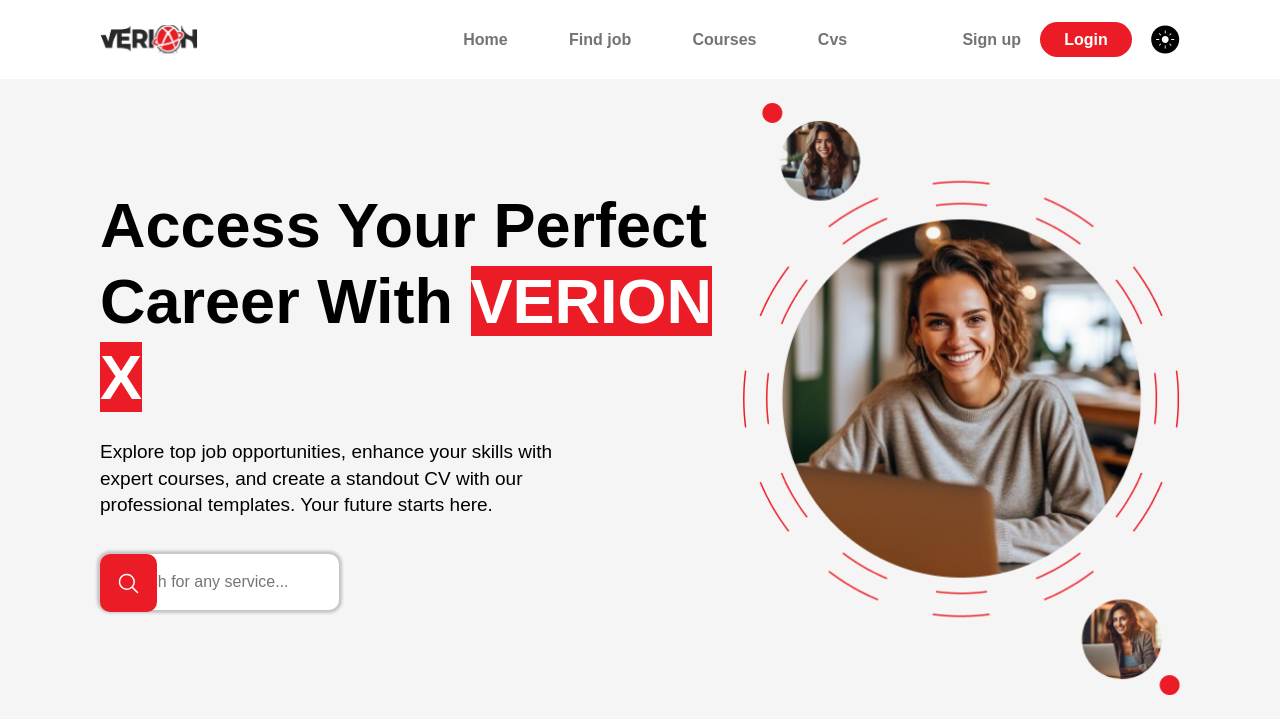
Repository: SahMenz/verionX
Page: /
These files come from the project's save history. The page is drawn as it stood at one moment and after the next save; the edit follows.
The browser window is 1280 px wide. The pictures show the whole page.
The project was rebuilt for these pictures with package versions that can differ from the ones it lists, and the page was loaded fresh each time. Also part of the build but not shown: vite.config.js.

Above is the page before, as saved 2024-06-14 15:24:07.

### src/App.jsx
import './App.css'
import Home from './components/home/home'
import 'bootstrap/dist/css/bootstrap.min.css';

function App() {

  return (
    <>
      <div>
          <Home />
      </div>
    </>
  )
}

export default App

### src/index.css
button{
    outline: none;
    border: none;
  }

  input{
    border: none;
    outline: none;
}

### src/App.css
*, *::before, *::after{
  padding: 0px;
  margin: 0px;
  box-sizing: border-box;
  font-family: "Rubik", sans-serif;
}
/* #root {
  max-width: 1280px;
  margin: 0 auto;
  padding: 2rem;
  text-align: center;
} */


/* BACKGROUND COLORS */

.bg-f5{
  background-color: #F5F5F5;
}
.bg-eb{
  background-color: #EB1C25;
}
.bg-ff{
  background-color: #fff;
}
.bg-d9{
  background-color: #D9D9D9;
  opacity: 20%;
}
.bg-00{
  background-color: #000;
}


/* FONT SIZES */

.txt-11{
  font-size: 11px;
}
.txt-13{
  font-size: 13px;
}
.txt-16{
  font-size: 16px;
}
.txt-19{
  font-size: 19px;
}
.txt-23{
  font-size: 23px;
}
.txt-45{
  font-size: 45px;
}
.txt-63{
  font-size: 63px;
}


/* TEXT COLOR */

.txt-eb{
  color:#EB1C25
}
.txt-f3{
  color: #737373
}
.txt-ff{
  color:#fff
}
.txt-00{
  color: #000;
}


/* FONT WEIGHT */

.fw-400{
  font-weight: 400;
}
.fw-500{
  font-weight: 500;
}
.fw-600{
  font-weight: 600;
}


/* LINE HEIGHT */

.lh-19{
  line-height: 19.2px;
}
.lh-75{
  line-height: 75.6px;
}
.lh-26{
  line-height: 26.38px;
}
.lh-22{
  line-height: 22.8px;
}
.lh-27{
  line-height: 27.6px;
}
.lh-15{
  line-height: 15.89px;
}
.lh-13{
  line-height: 13.2px;
}
.lh-54{
  line-height: 54px;
}
.lh-34{
  line-height: 34.5px;
}
.lh-67{
  line-height: 67.5px;
}
.lh-32{
  line-height: 32.2px;
}
.lh-18{
  line-height: 18.96px;
}

### src/components/home/home.jsx
import Navigation from "../navigation/navigation"
import Hero from "./hero/hero"

function Home() {
  return (
    <div >
        <Navigation />
        <Hero />
    </div>
  )
}

export default Home

### src/components/navigation/navigation.jsx
import logo from '../../assets/images/logo.svg'
import CustomSvg from '../customSvg/customSvg'
import './navigation.css'


function Navigation() {

  return (
    <div className="d-flex justify-content-between navContainer">
        <img src={logo} alt="" />
        <div className='d-none d-lg-flex navigationLink justify-content-between align-items-center'>
          <div className='d-flex justify-content-between align-items-center links'>
            <a href="#" className='small-txt lh-19 fw-600 text-decoration-none txt-f3'>Home</a>
            <a href="#" className='small-txt lh-19 fw-600 text-decoration-none txt-f3'>Find job</a>
            <a href="#" className='small-txt lh-19 fw-600 text-decoration-none txt-f3'>Courses</a>
            <a href="#" className='small-txt lh-19 fw-600 text-decoration-none txt-f3'>Cvs</a>
          </div>
          <div className='d-flex justify-content-between align-items-center switchmode'>
            <a href="#" className='small-txt lh-19 fw-600 text-decoration-none txt-f3'>Sign up</a>
            <a href="#" className='small-txt lh-19 fw-600 text-decoration-none txt-ff bg-eb px-4 py-2 rounded-5'>Login</a>
            <CustomSvg name="switchModes" className="cursor-pointer"/>
          </div>
        </div>
        <div className=' d-lg-none cursor-pointer' style={{width: "40px", height: "40px", display: 'flex', flexDirection: 'column', alignItems: "center", justifyContent: "center", gap: "5px"}}>
          <div style={{width : "30px", height:"3px", backgroundColor : 'black' }}></div>
          <div style={{width : "30px", height:"3px", backgroundColor : 'black' }}></div>
          <div style={{width : "30px", height:"3px", backgroundColor : 'black' }}></div>
        </div>
    </div>
  )
}

export default Navigation

### src/components/home/hero/hero.jsx
import accesYourPerfectImage from '../../../assets/images/accesYourPerfectImage.png';
import CustomSvg from '../../customSvg/customSvg';

function Hero() {
  return (
    <div className='d-flex align-items-center justify-content-between py-4 bg-f5' style={{padding: "0px 100px",}}>
        <div style={{width: "50vw", maxWidth:"800px"}}>
            <div className='txt-63 lh-75 txt-ff fw-600 txt-00' style={{width: "50vw", maxWidth:"733px"}}>Access Your Perfect Career With <span className='bg-eb fw-600 txt-ff'>VERION X</span></div>
            <div className='txt-00 lh-26 txt-19' style={{width:"39vw", maxWidth:"630px", padding:" 24px 0px 36px 0px"}}>
                Explore top job opportunities, enhance your skills with expert courses, and create a standout CV with our professional templates. Your future starts here.
            </div>
            <div className="search-container d-flex">
                <input type="text" placeholder="Search for any service..."  style={{position:'relative',borderRadius:"10px", boxShadow: "0px 0px 3px 3px rgba(0, 0, 0, 0.2)"}} className='p-3'/>
                <button className="bg-eb p-3" style={{position:'absolute', borderRadius:"10px", border:"none", }}><CustomSvg name="search"/></button>
            </div>
            <div></div>
        </div>
        <img src={accesYourPerfectImage} style={{width: "35vw", maxWidth:"437px"}} alt="three images" />
    </div>
  )
}

export default Hero

### src/components/navigation/navigation.css
.navContainer{
    padding: 22px 100px;
    box-shadow: 0px 10px 10px 10px rgba(0, 0, 0, 0.2);
}

.navigationLink{
    width: 56vw;
    min-width: 600px;
    max-width: 888px;
}
.links{
    width: 30vw;
    min-width: 300px;
    max-width: 482px;
}
.switchmode{
    width: 17vw;
    min-width: 200px;
    max-width: 254px;
}
@media screen and (min-width:325px) and (max-width:988px) {
    .navContainer{
        padding: 18px 60px;
    }
}

Loaded but not shown: src/main.jsx (common file); src/components/customSvg/customSvg.jsx (186 lines, source omitted)

After the next save:
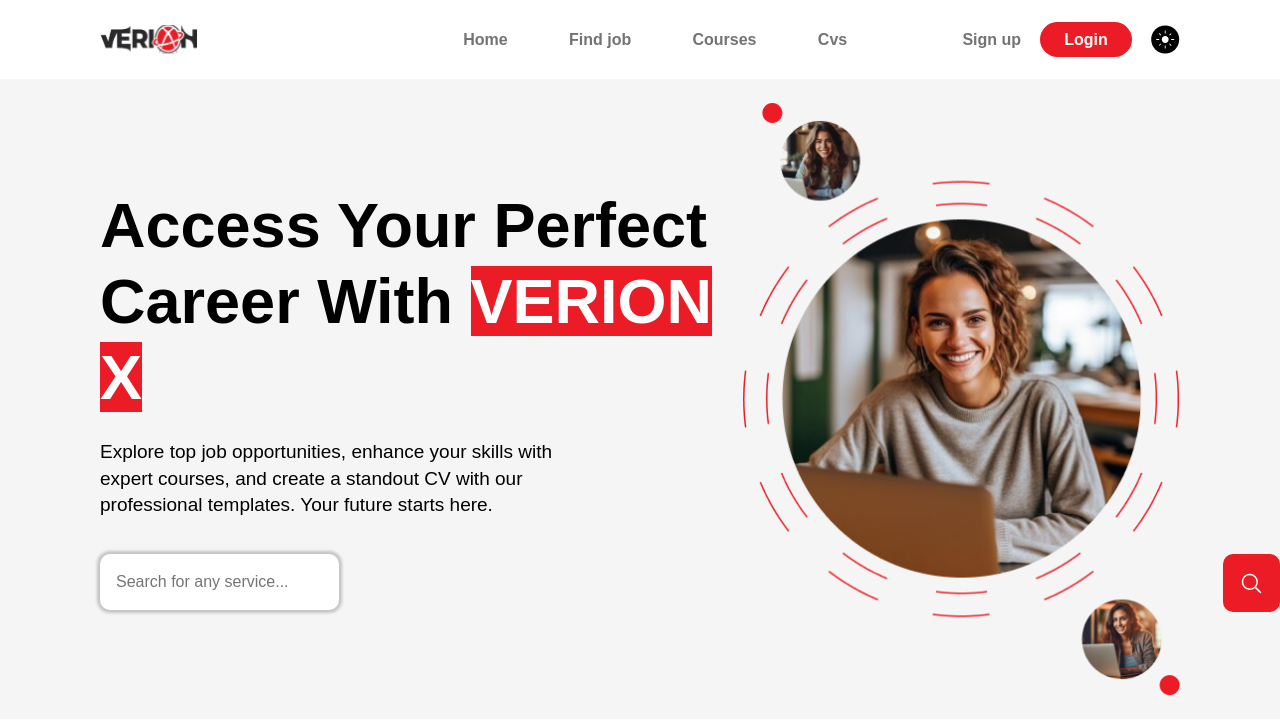
Saved 20 s later.
--- a/src/components/home/hero/hero.jsx
+++ b/src/components/home/hero/hero.jsx
@@ -11,7 +11,7 @@ function Hero() {
             </div>
             <div className="search-container d-flex">
                 <input type="text" placeholder="Search for any service..."  style={{position:'relative',borderRadius:"10px", boxShadow: "0px 0px 3px 3px rgba(0, 0, 0, 0.2)"}} className='p-3'/>
-                <button className="bg-eb p-3" style={{position:'absolute', borderRadius:"10px", border:"none", }}><CustomSvg name="search"/></button>
+                <button className="bg-eb p-3" style={{position:'absolute', right:"0px", borderRadius:"10px", border:"none", }}><CustomSvg name="search"/></button>
             </div>
             <div></div>
         </div>
